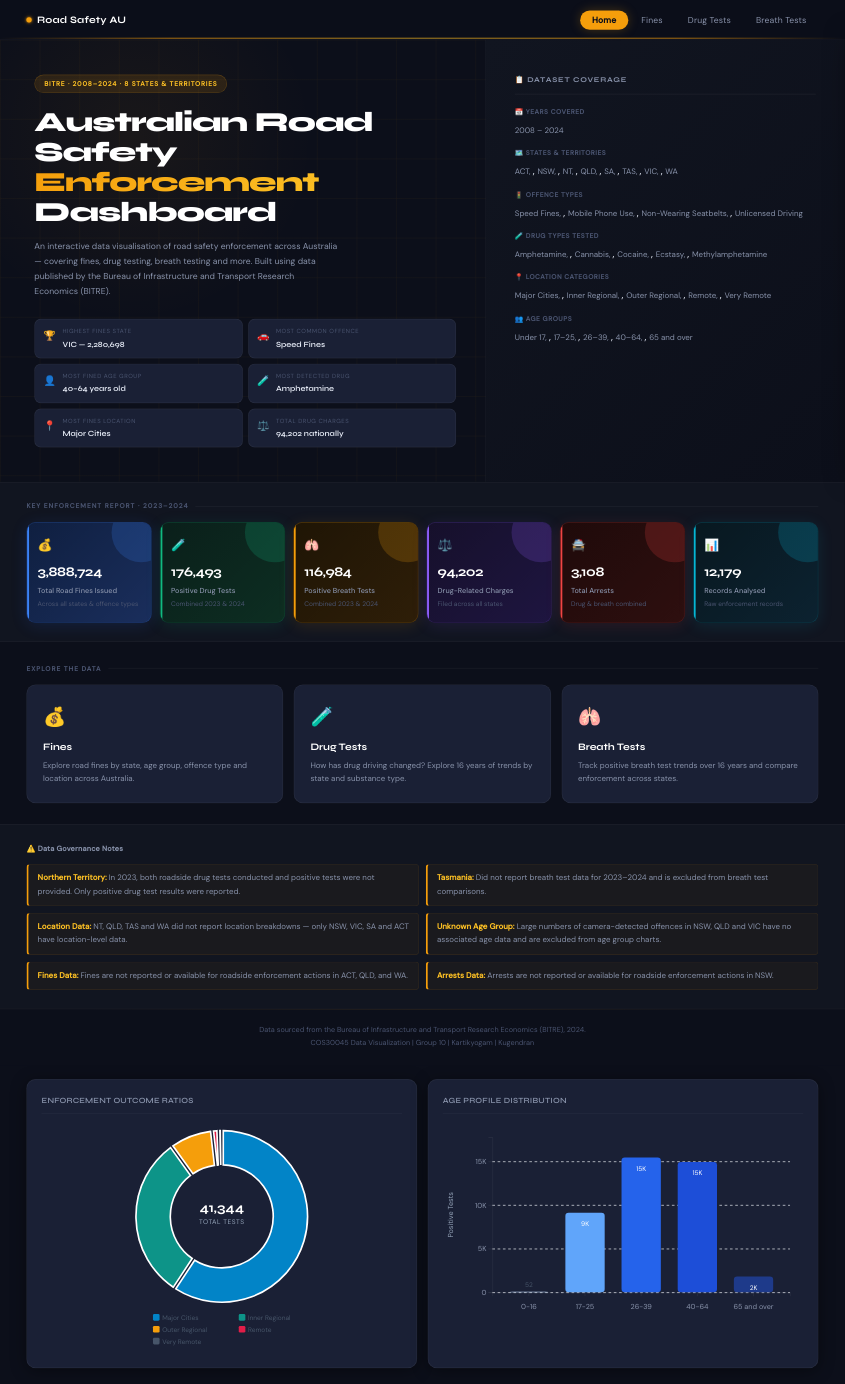
Repository: j26046183-hue/COS30045-GROUP-ASSIGNMENT
Page: index.html
The author's editor kept a copy of each file at every save. The page is drawn from the files as they stood at one save, then again after the next save.
The browser window is 1280 px wide. The pictures show the whole page, at 66% of full size.

Above is the page before, as saved 2026-06-13 12:11:11.

After the next save:
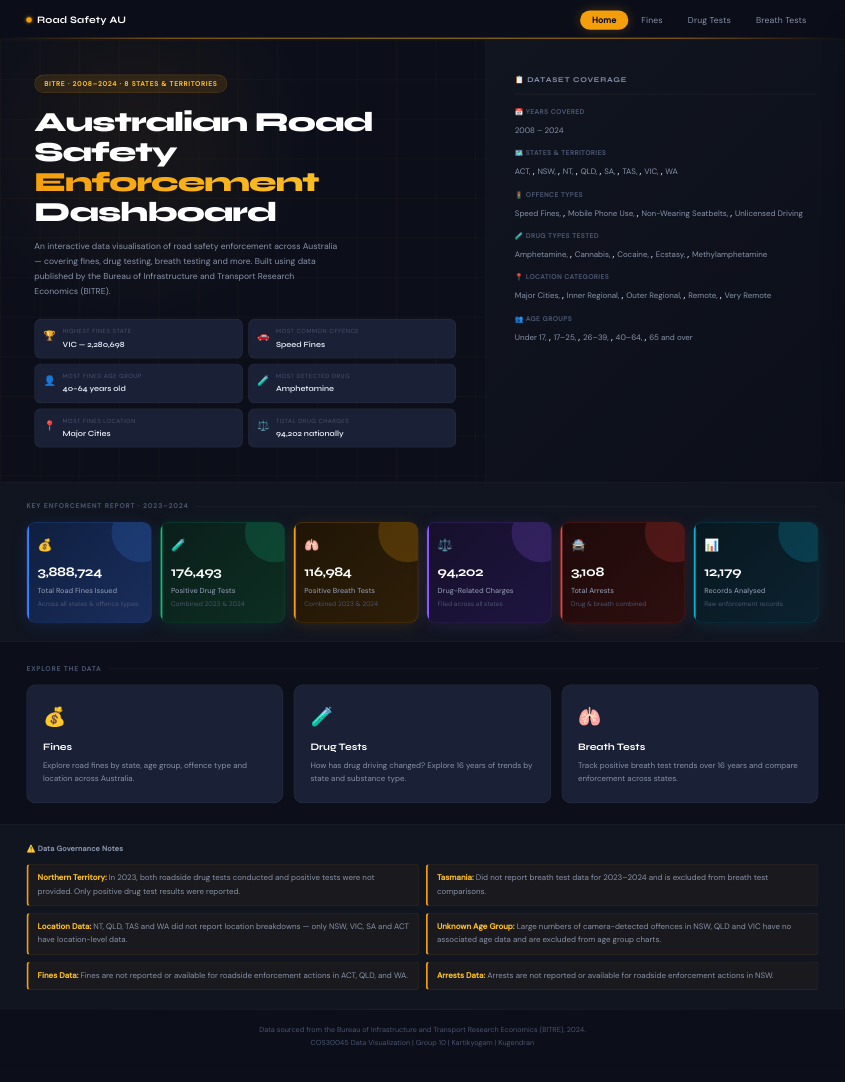
Saved 16 s later.
--- a/index.html
+++ b/index.html
@@ -421,7 +421,8 @@
         </div>
 
         <!-- Shared filter row for donut + bar -->
-        <div class="breakdown-filter-row" style="display: flex; align-items: center; justify-content: space-between; gap: 16px; margin: 0 40px 16px 40px; padding: 12px 0;">                <div style="display: flex; align-items: center; gap: 8px;">
+        <div class="breakdown-filter-row" style="display: flex; align-items: center; justify-content: space-between; gap: 16px; margin: 0 40px 16px 40px; padding: 12px 0;">            <div style="display: flex; align-items: center; gap: 20px; flex-wrap: wrap;">
+                <div style="display: flex; align-items: center; gap: 8px;">
                     <label style="font-family: 'DM Sans', sans-serif; font-size: 12px; font-weight: 600; color: #475569; white-space: nowrap;">Breakdown Year:</label>
                     <select id="breakdown-year-filter" style="padding: 5px 10px; border: 1px solid #e2e8f0; border-radius: 8px; font-family: 'DM Sans', sans-serif; font-size: 12px; color: #334155; background: #fff; cursor: pointer; outline: none;">
                         <option value="all">All Years (2023–2024)</option>
